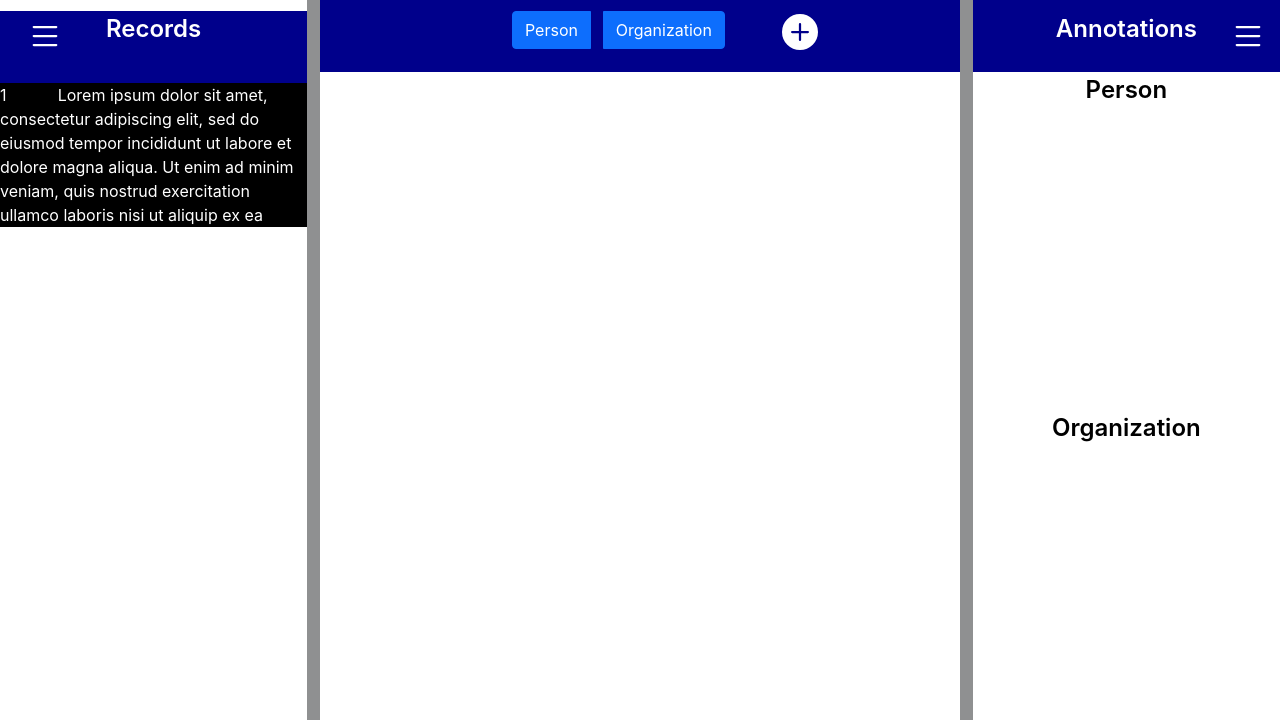
Repository: napan24/classforma_assignment
Page: / (app in client/)
These files come from the project's save history. The page is drawn as it stood at one moment and after the next save; the edit follows.
The browser window is 1280 px wide. The pictures show the whole page.
The project was rebuilt for these pictures with package versions that can differ from the ones it lists, and the page was loaded fresh each time. Also part of the build but not shown: client/src/App.css.

Above is the page before, as saved 2022-07-20 18:48:49.

After the next save:
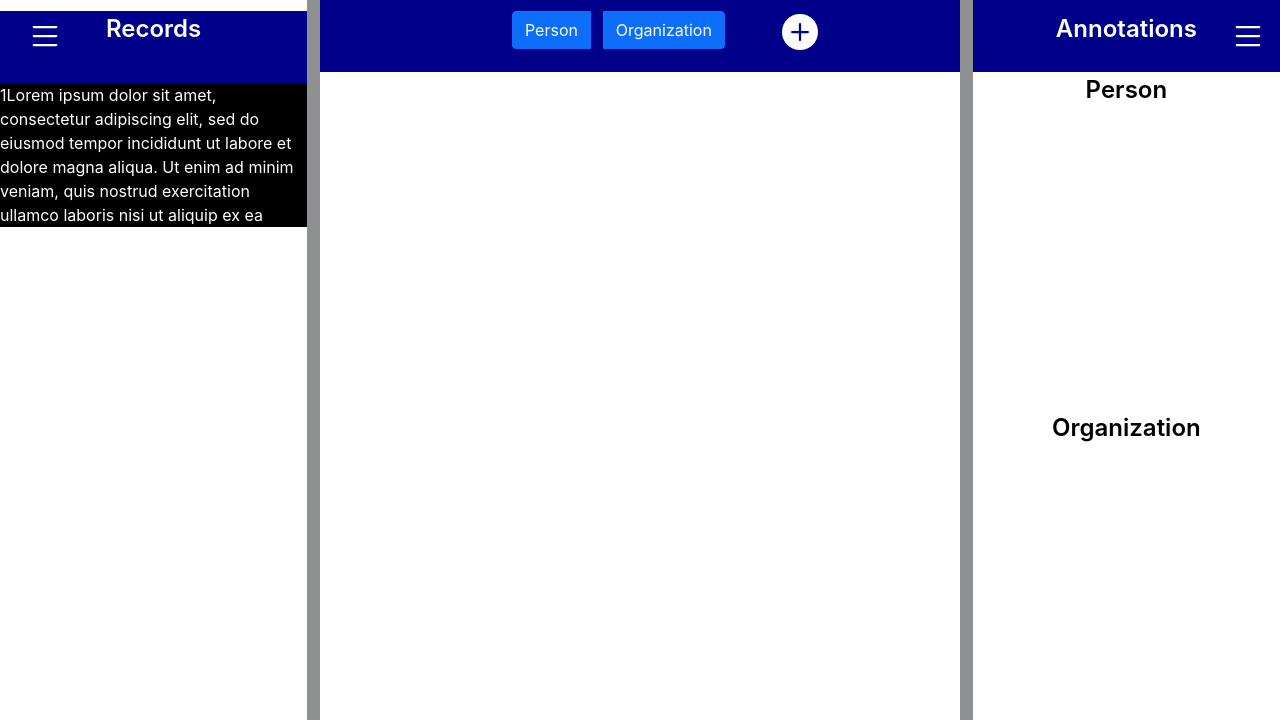
Saved 15 s later.
--- a/client/src/Home.js
+++ b/client/src/Home.js
@@ -111,7 +111,7 @@ const Home = () => {
                         <span>
                             1
                         </span>
-                        <span style={{height:"20vh",width:"20vw",marginLeft:"4vw"}}>
+                        <span style={{height:"20vh",width:"20vw",textAlign:'center'}}>
                             Lorem ipsum dolor sit amet, consectetur adipiscing elit, sed do eiusmod tempor incididunt ut labore et dolore magna aliqua. Ut enim ad minim veniam, quis nostrud exercitation ullamco laboris nisi ut aliquip ex ea commodo consequat. Duis aute irure dolor in reprehenderit in voluptate velit esse cillum dolore eu fugiat nulla pariatur. Excepteur sint occaecat cupidatat non proident, sunt in culpa qui officia deserunt mollit anim id est laborum.
                         </span>
                     </div>
